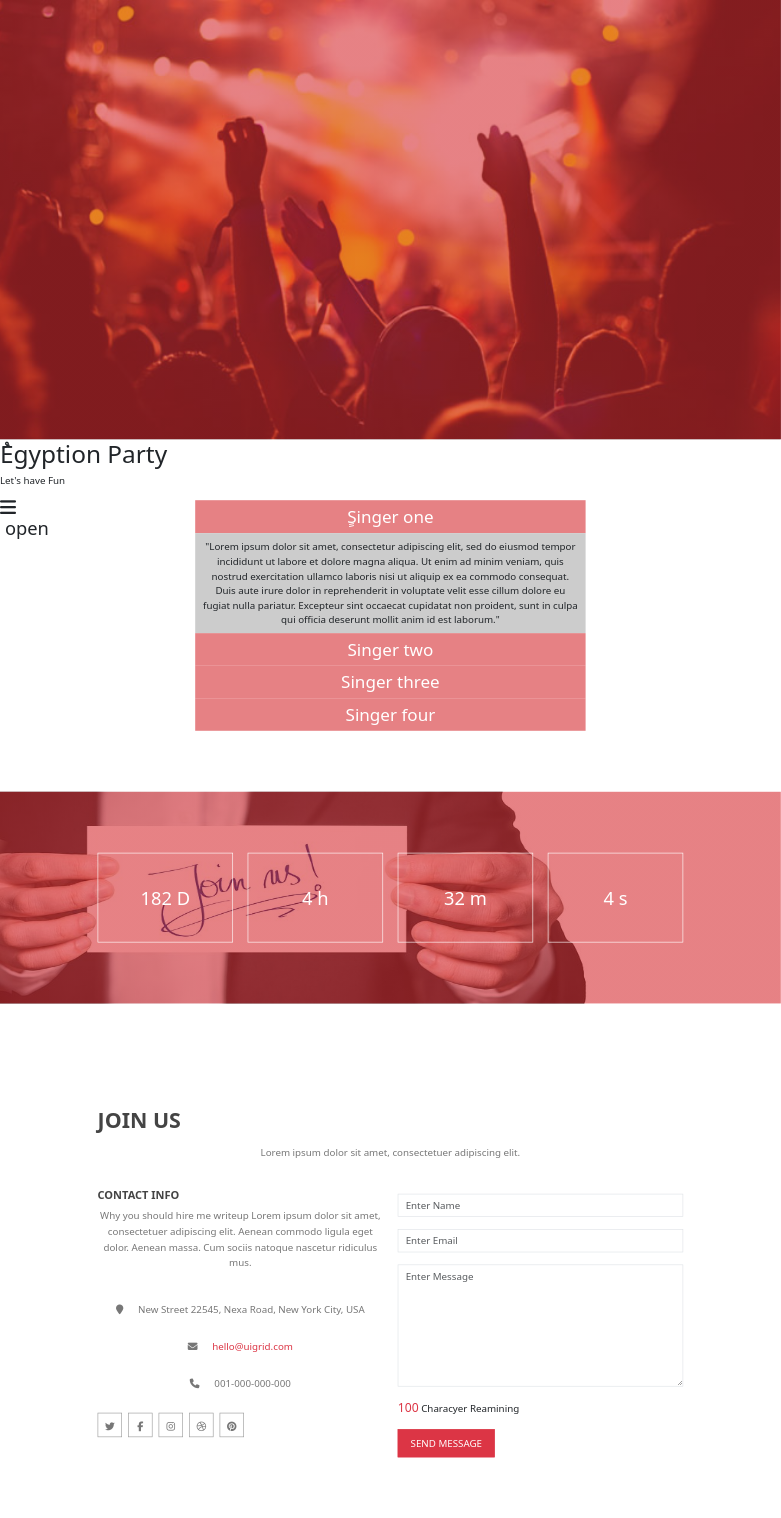
Repository: HagarYousry/jQuery
Page: index.html
An editor plug-in stored every save of this project. The page is shown before and after a run of saves, followed by the edit.
The browser window is 1280 px wide. The pictures show the whole page, at 61% of full size.

Above is the page before, as saved 2024-07-25 19:44:56.

### index.html
<!DOCTYPE html>
<html lang="en">

<head>
    <meta charset="UTF-8">
    <meta name="viewport" content="width=device-width, initial-scale=1.0">
    <title>Egyption party</title>
    <!-- web fonts  -->
    <link rel="stylesheet" href="css/all.min.css">
    <!-- bootstrap -->
    <link rel="stylesheet" href="css/bootstrap.min.css">
    <!-- main css -->
    <link rel="stylesheet" href="css/main.css">
</head>

<body>
    <div id="home">

            <div id="sideNav" class="bg-black p-5">
                    <a class="p-0 closeIcon">
                        <i class="fa-solid fa-xmark "></i>
                    </a>
                     <a class="sideNav-link mt-2" href="#home">Home</a>
                     <a class="sideNav-link" href="#Acordion">Duration</a>
                     <a class="sideNav-link" href="#contact">Contact</a>
                     <a class="sideNav-link" href="#count">Details</a>
            </div>

            <div class="home-title">
                <div class=" d-flex justify-content-center align-items-center flex-column vh-100 text-white">

                </div>
                <h1>ُEgyption Party</h1>
                <p>Let's have Fun</p>
                <span class="navIcon align-self-start">
                    <i class="fa-solid fa-bars"></i>
                    <h4 class="ms-2">open</h4>
                </span>
            </div>


    </div>










    <!-- ! start sideNav section -->
    <!-- <section id="sideNav">
        <div class="navAnchor bg-black">
            <ul>
                <li class="p-0 closeIcon">
                    <i class="fa-solid fa-xmark "></i>
                </li>
                 <li ><a class="sideNav-link" href="#home">Home</a></li>
                 <li ><a class="sideNav-link" href="#Acordion">Duration</a></li>
                 <li ><a class="sideNav-link" href="#contact">Contact</a></li>
                 <li ><a class="sideNav-link" href="#count">Details</a></li>
            </ul>
        </div>

        <div class="navIcon align-self-center bg-danger bg-opacity-50 m-1 text-white p-2">
            <div class="navIcon-content d-flex align-items-center">
                <i class="fa-solid fa-bars"></i>
                <h4 class="ms-2">open</h4>
            </div>
        </div>
    </section> -->
    <!--! end sideNav section -->

    <!--! start header section  -->
    <!-- <header id="home" class="d-flex justify-content-center align-items-center flex-column">
        <div class="home-content text-center text-white">
            <h1>ُEgyption Party</h1>
            <p>Let's have Fun</p>
        </div>
    </header> -->
    <!--! end header section  -->

    <!-- start Acordion section  -->
    <section id="Acordion" class="text-center">

        <div class="container-fluid w-50 ">
            <h3 class="toggle ">ٍSinger one</h3>
            <div class="inner first">"Lorem ipsum dolor sit amet, consectetur adipiscing elit, sed do eiusmod tempor
                incididunt ut labore et dolore magna aliqua. Ut enim ad minim veniam, quis nostrud exercitation ullamco
                laboris nisi ut aliquip ex ea commodo consequat. Duis aute irure dolor in reprehenderit in voluptate
                velit
                esse cillum dolore eu fugiat nulla pariatur. Excepteur sint occaecat cupidatat non proident, sunt in
                culpa
                qui officia deserunt mollit anim id est laborum."
            </div>


            <h3 class="toggle">Singer two</h3>
            <div class="inner">"Sed ut perspiciatis unde omnis iste natus error sit voluptatem accusantium doloremque
                laudantium, totam rem aperiam, eaque ipsa quae ab illo inventore veritatis et quasi architecto beatae
                vitae
                dicta sunt explicabo. Nemo enim ipsam voluptatem quia voluptas sit aspernatur aut odit aut fugit, sed
                quia
                consequuntur magni dolores eos qui ratione voluptatem sequi nesciunt. Neque porro quisquam est, qui
                dolorem
                ipsum quia dolor sit amet, consectetur, adipisci velit, sed quia non numquam eius modi tempora incidunt
                ut
                labore et dolore magnam aliquam quaerat voluptatem. Ut enim ad minima veniam, quis nostrum
                exercitationem
                ullam corporis suscipit laboriosam, nisi ut aliquid ex ea commodi consequatur? Quis autem vel eum iure
                reprehenderit qui in ea voluptate velit esse quam nihil molestiae consequatur, vel illum qui dolorem eum
                fugiat quo voluptas nulla pariatur?"
            </div>


            <h3 class="toggle">Singer three</h3>
            <div class="inner">"But I must explain to you how all this mistaken idea of denouncing pleasure and praising
                pain was born and I will give you a complete account of the system, and expound the actual teachings of
                the
                great explorer of the truth, the master-builder of human happiness. No one rejects, dislikes, or avoids
                pleasure itself, because it is pleasure, but because those who do not know how to pursue pleasure
                rationally
                encounter consequences that are extremely painful. Nor again is there anyone who loves or pursues or
                desires
                to obtain pain of itself, because it is pain, but because occasionally circumstances occur in which toil
                and
                pain can procure him some great pleasure. To take a trivial example, which of us ever undertakes
                laborious
                physical exercise, except to obtain some advantage from it? But who has any right to find fault with a
                man
                who chooses to enjoy a pleasure that has no annoying consequences, or one who avoids a pain that
                produces no
                resultant pleasure?"
            </div>


            <h3 class="toggle">Singer four</h3>
            <div class="inner">"At vero eos et accusamus et iusto odio dignissimos ducimus qui blanditiis praesentium
                voluptatum deleniti atque corrupti quos dolores et quas molestias excepturi sint occaecati cupiditate
                non
                provident, similique sunt in culpa qui officia deserunt mollitia animi, id est laborum et dolorum fuga.
                Et
                harum quidem rerum facilis est et expedita distinctio. Nam libero tempore, cum soluta nobis est eligendi
                optio cumque nihil impedit quo minus id quod maxime placeat facere possimus, omnis voluptas assumenda
                est,
                omnis dolor repellendus. Temporibus autem quibusdam et aut officiis debitis aut rerum necessitatibus
                saepe
                eveniet ut et voluptates repudiandae sint et molestiae non recusandae. Itaque earum rerum hic tenetur a
                sapiente delectus, ut aut reiciendis voluptatibus maiores alias consequatur aut perferendis doloribus
                asperiores repellat."

            </div>

        </div>
    </section>
    <!-- end Acordion section  -->

    <!-- start count section  -->
    <section id="count">
        <div class="container-fluid w-75 text-center text-white">
            <div class="row">
                <div class="col-md-3">
                    <div class="time">
                        <span class="days">00</span>
                    </div>
                </div>

                <div class="col-md-3">
                    <div class="time">
                        <span class="hours">00</span>
                    </div>
                </div>

                <div class="col-md-3">
                    <div class="time">
                        <span class="minutes">00</span>
                    </div>
                </div>

                <div class="col-md-3">
                    <div class="time">
                        <span class="seconds">00</span>
                    </div>
                </div>

            </div>
        </div>
    </section>
    <!-- end count section  -->

    <!-- start contact-us section  -->
    <section id="contact">
        <div class="container-fluid w-75">
            <div class="head">
                <h2 class="text-uppercase fw-bold">Join Us</h2>
                <p class="text-center">Lorem ipsum dolor sit amet, consectetuer adipiscing elit.</p>
            </div>
            <div class="row mt-5">
                <div class="col-md-6">
                    <div class="col-info">
                        <h3 class="text-uppercase">CONTACT INFO</h3>
                        <p class="text-center">Why you should hire me writeup Lorem ipsum dolor sit amet, consectetuer
                            adipiscing elit.
                            Aenean commodo ligula eget dolor. Aenean massa. Cum sociis natoque nascetur ridiculus mus.
                        </p>

                        <div class="icons text-center">
                            <p><i class="fa fa-map-marker"></i> New Street 22545, Nexa Road, New York City, USA</p>

                            <p class="text-danger"><i class="fa fa-envelope"></i> hello@uigrid.com</p>
                            <p><i class="fa fa-phone"></i> 001-000-000-000</p>
                        </div>

                        <div class="social d-flex align-items-center">

                            <i class="fab fa-twitter fa-fw"></i>
                            <i class="fab fa-facebook-f fa-fw"></i>
                            <i class="fab fa-instagram fa-fw"></i>
                            <i class="fab fa-dribbble fa-fw"></i>
                            <i class="fab fa-pinterest fa-fw"></i>

                        </div>
                    </div>
                </div>

                <div class="col-md-6">
                    <form>

                        <input class="form-control mt-2" type="text" placeholder="Enter Name">
                        <input class="form-control" type="email" placeholder="Enter Email">
                        <textarea class="form-control " placeholder="Enter Message"></textarea>
                        <span id="chars" class="text-danger">100</span> Characyer Reamining
                        <button class="btn btn-danger text-uppercase">Send Message</button>

                    </form>
                </div>
            </div>
        </div>
    </section>
    <!-- end contact-us section  -->


    <!-- jquery  -->
    <script src="js/jquery-3.7.1.min.js"></script>
    <!-- index js  -->
    <script src="js/index.js"></script>


</body>

</html>

### css/main.css
#home{
    height: 100vh;
    background-image: linear-gradient(rgba(214, 46, 51, 0.6), rgba(214, 46, 51, 0.6)),
        url(../imgs/events-heavenly-header.jpg);
    background-position: center;
    background-size: cover;
    background-repeat: no-repeat;
}

#sideNav {
    position: fixed;
    top: 0;
    bottom: 0;
    left: 0;
    display: flex;
    flex-direction: column;
    z-index: 9999;
}

#sideNav a{
    padding: 20px;
    text-decoration: none;
    font-size: 25px;
    color: #818181;
    display: block;
    color: white;
    transition: 0.3s;
}

.closeIcon {
    position: absolute;
    top: 0;
    right: 25px;
    font-size: 26px;
    margin-left: 50px;
    color: white;
    padding-bottom: 10px;
    transition: 0.3s;
    cursor: pointer;
}

#sideNav a:hover {
    color: rgba(214, 46, 51, 0.4);
}

.navIcon i,
.navIcon h4 {
    font-size: 30px;
    cursor: pointer;
}

/* #sideNav {
    position: fixed;
    top: 0;
    bottom: 0;
    left: 0;
    display: flex;
    z-index: 9999;
}

#sideNav .navAnchor {
    padding: 40px 0 0 0;
    position: relative;
}

#sideNav .navAnchor ul {
    padding: 0 20px 0 20px;
}

#sideNav .navAnchor ul li {
    padding: 25px;
    list-style: none;
    cursor: pointer;
}

#sideNav .navAnchor ul li:hover a {
    color: rgba(214, 46, 51, 0.4);
}

#sideNav .navAnchor ul li a {
    text-decoration: none;
    font-size: 25px;
    color: white;
    transition: 0.3s all;
}


.closeIcon {
    position: absolute;
    top: 0;
    right: 25px;
    font-size: 26px;
    margin-left: 50px;
    color: white;
}

.navIcon {
    border-radius: 20px 20px;
}

.navIcon i,
.navIcon h4 {
    font-size: 30px;
    cursor: pointer;
}

@media (max-width: 991.98px) {
    .navIcon {
        align-self: flex-start !important;
    }

    .navIcon .navIcon-content {
        flex-direction: column;
    }
}


header {
    height: 100vh;
    background-image: linear-gradient(rgba(214, 46, 51, 0.6), rgba(214, 46, 51, 0.6)),
        url(../imgs/events-heavenly-header.jpg);
    background-position: center;
    background-size: cover;
    background-repeat: no-repeat;
}

header h1 {
    font-size: 60px;
} */



/* start Acordion section  */
#Acordion {
    padding: 100px auto;
}

.toggle {
    background-color: rgba(214, 46, 51, 0.6);
    cursor: pointer;
    color: white;
    padding: 10px;
    margin: 0px;
}

.inner {
    background-color: rgb(204, 204, 204);
    display: none;
    padding: 10px;
}

#Acordion .first {
    display: block;
}

/* end Acordion section  */

/* start count section  */

#count {
    background-image: linear-gradient(rgba(214, 46, 51, 0.6), rgba(214, 46, 51, 0.6)), url(../imgs/invitation-2508607__340.jpg);
    background-repeat: no-repeat;
    background-position: center center;
    background-size: 100% 100%;
    position: relative;
}

.container-fluid {
    padding: 100px 0px;
}

.time {
    padding: 50px;
    border: 1px solid #FFF;
    font-weight: 500;
    font-size: 30px;
}

/* end count section  */

/* start contact-us section  */
#contact {
    margin-top: 70px;
}

#contact .head h2 {
    font-size: 35px;
    color: #444;
    margin-bottom: 20px;
}

#contact .head p {
    color: #777;
    font-weight: 300;
    font-size: 16px;
}

#contact .col-md-6 .col-info .icons {
    margin-top: 50px;
}

#contact .col-md-6 .col-info .icons p {
    margin-bottom: 35px;
}

#contact .col-md-6 .col-info h3 {
    color: #444;
    font-size: 18px;
    font-weight: 900;
}

#contact .col-md-6 .col-info p {
    font-size: 16px;
    line-height: 26px;
    color: #777;
}

#contact i {
    margin-right: 20px;
    color: #777;
}

#contact .col-md-6 .col-info .social i {
    margin-right: 10px;
    border: 1px solid #999;
    width: 40px;
    height: 40px;
    line-height: 42px;
    cursor: pointer;
    text-align: center;
    transition: 0.5s all;
}

#contact .col-md-6 .col-info .social i:hover {
    color: #fff;
    background-color: #D62E33;
    border: 1px solid #D62E33;
}

#contact .col-md-6 form input,
#contact .col-md-6 form textarea {
    margin-bottom: 20px;
    border-radius: 0;
}

#contact .col-md-6 form textarea {
    height: 200px;
    resize: vertical;
}

#contact .col-md-6 form button {
    padding: 10px 20px;
    border-radius: 0;
    margin-top: 20px;
    display: block;
}

#contact .col-md-6 form #chars {
    font-size: 20px;
}
/* end contact-us section  */

### js/index.js
/// <reference types="../@types/jquery"/>

// start sideNav section

const sideNavwidth = $('#sideNav').outerWidth(true);
console.log(sideNavwidth);

// console.log(navAnchorwidth);

//! first: Close sideNav
$('#sideNav')
    .animate({ left: -sideNavwidth }, 0);

let isOpen = false

//! second: on click "navIcon" ,toggle open & close sideNav
$('.navIcon')
    .on('click', function () {
        let status;
        if (isOpen) {
            status = -sideNavwidth
            $('.home-title').animate({ marginLeft: 0 }, 1000)
        } else {
            status = 0
            $('.home-title').animate({ marginLeft: sideNavwidth }, 1000)
        }
        isOpen = !isOpen;

        $('#sideNav')
            .animate({ left: status }, 1000)

    })

//! closeIcon
$('.closeIcon')
    .on('click', function () {
        isOpen = !isOpen;
        $('#sideNav')
            .animate({ left: -sideNavwidth }, 1000);
        $('.home-content').animate({ marginLeft: 0 }, 1000)
    })


//! scroll to sections
$('.sideNav-link[href^="#"]')
    .on('click', function () {
        const sectionId = $(this).attr('href');
        // console.log(section);
        //! get section top
        const sectionTop = $(sectionId).offset().top;
        // console.log(top);
        $('html , body')
            .animate({ scrollTop: sectionTop }, 2000)
    })

// end sideNav section

// start Acordion section
//! slideToggle effect
$('#Acordion .toggle').on('click', function () {
    //! slide up all inner except the one i clicked on
    $('.inner').not($(this).next()).slideUp(500);
    //! slide toggle
    $(this).next().slideToggle(500);
});
// end Acordion section

//start count section
$(window).on('load', function () {
    countDownTime("24 january 2025 00:00:00");
})


function countDownTime(countTo) {

    //! get countTo date
    let futureDate = new Date(countTo);
    futureDate = (futureDate.getTime() / 1000);
    // console.log(futureDate);

    //! get current date
    let now = new Date();
    // console.log(now);
    now = (now.getTime() / 1000);

    //! get the difference between current date and countTo date by sec
    timeDifference = (futureDate - now);

    //?(24 * 60 * 60) ==> num. of sec in day ==> 86400
    let days = Math.floor(timeDifference / 86400);
    let hours = Math.floor((timeDifference - (days * 86400)) / 3600);
    let mins = Math.floor((timeDifference - (days * 86400) - (hours * 3600)) / 60);
    let secs = Math.floor((timeDifference - (days * 86400) - (hours * 3600) - (mins * 60)))


    $(".days").html(`${days} D`);
    $(".hours").html(`${hours} h`);
    $(".minutes").html(`${mins} m`);
    $('.seconds').html(`${secs} s`)

    //! Repeating the Countdown Every Second
    setInterval(function () {
        countDownTime(countTo);
    }, 1000);
}
//end count section

//start contact-us section
let maxLength = 100;
$('textarea').on('keyup', function () {
    //! val as getter ==> lenght
    let length = $(this).val().length;
    // console.log(length);
    let AmountLeft = maxLength - length;
    console.log(AmountLeft);
    if (AmountLeft <= 0) {
        $("#chars").text("your available characters finished");
    }
    else {
        $("#chars").text(AmountLeft);
    }
});
//end contact-us section

Loaded but not shown: css/all.min.css (library); css/bootstrap.min.css (library); js/jquery-3.7.1.min.js (library)

After the next 2 saves:
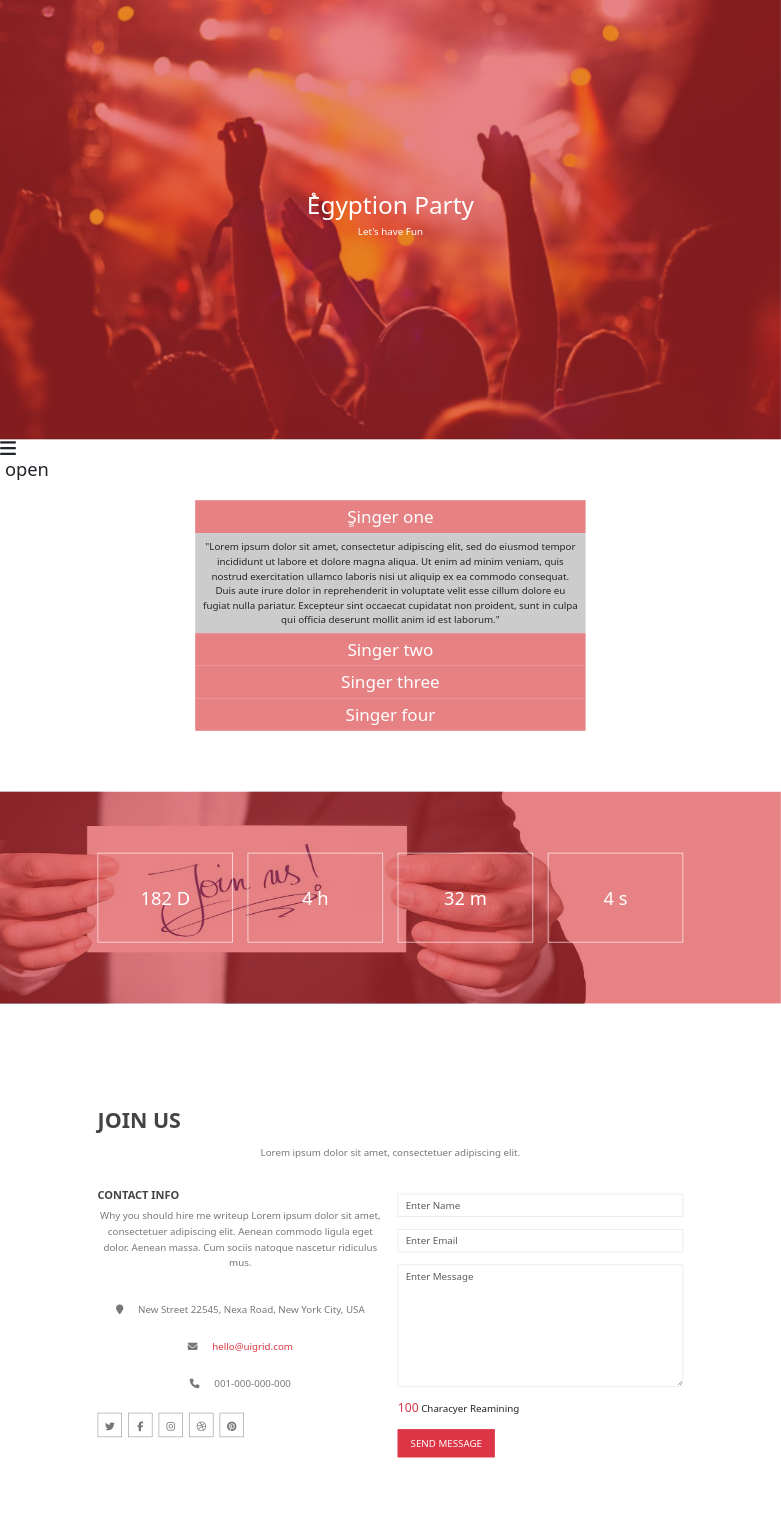
The 2 saves are shown as one change because they came seconds apart.
The last was saved 5 s later.
--- a/index.html
+++ b/index.html
@@ -28,10 +28,9 @@
 
             <div class="home-title">
                 <div class=" d-flex justify-content-center align-items-center flex-column vh-100 text-white">
-
-                </div>
-                <h1>ُEgyption Party</h1>
-                <p>Let's have Fun</p>
+                    <h1>ُEgyption Party</h1>
+                    <p>Let's have Fun</p>
+                </div>
                 <span class="navIcon align-self-start">
                     <i class="fa-solid fa-bars"></i>
                     <h4 class="ms-2">open</h4>
